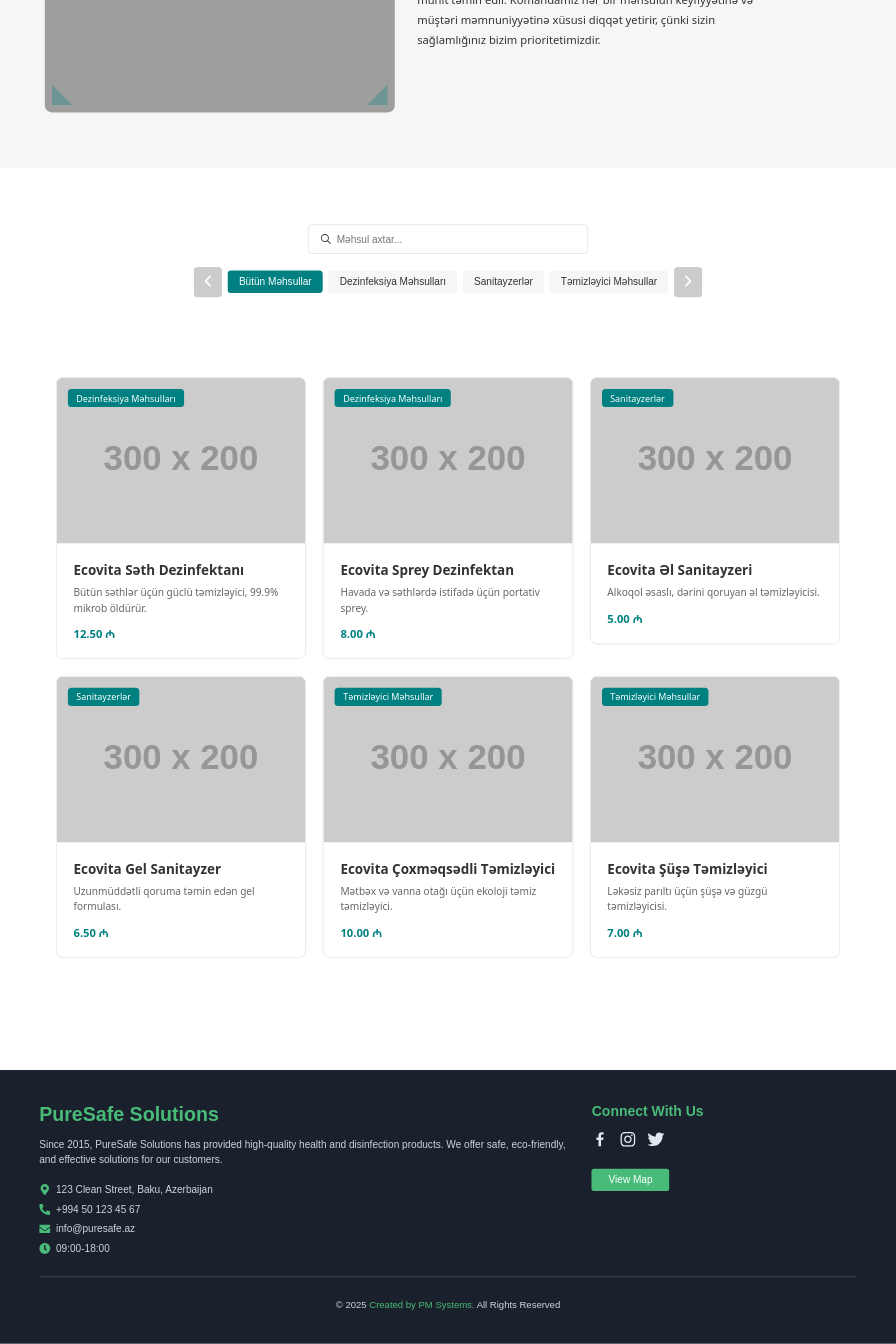
Repository: ferhadsultan98/ecovita
Page: /
These files come from the project's save history. The page is drawn as it stood at one moment and after the next save; the edit follows.
The browser window is 1280 px wide. The pictures show the part of the page from y = 1311 to 3231 px (the page is 3231 px tall), at 70% of full size.
Pictures or frames that could not be fetched are drawn as grey boxes. The project was rebuilt for these pictures with package versions that can differ from the ones it lists, and the page was loaded fresh each time. Also part of the build but not shown: vite.config.js.

Above is the page before, as saved 2025-05-02 11:25:32.

After the next save:
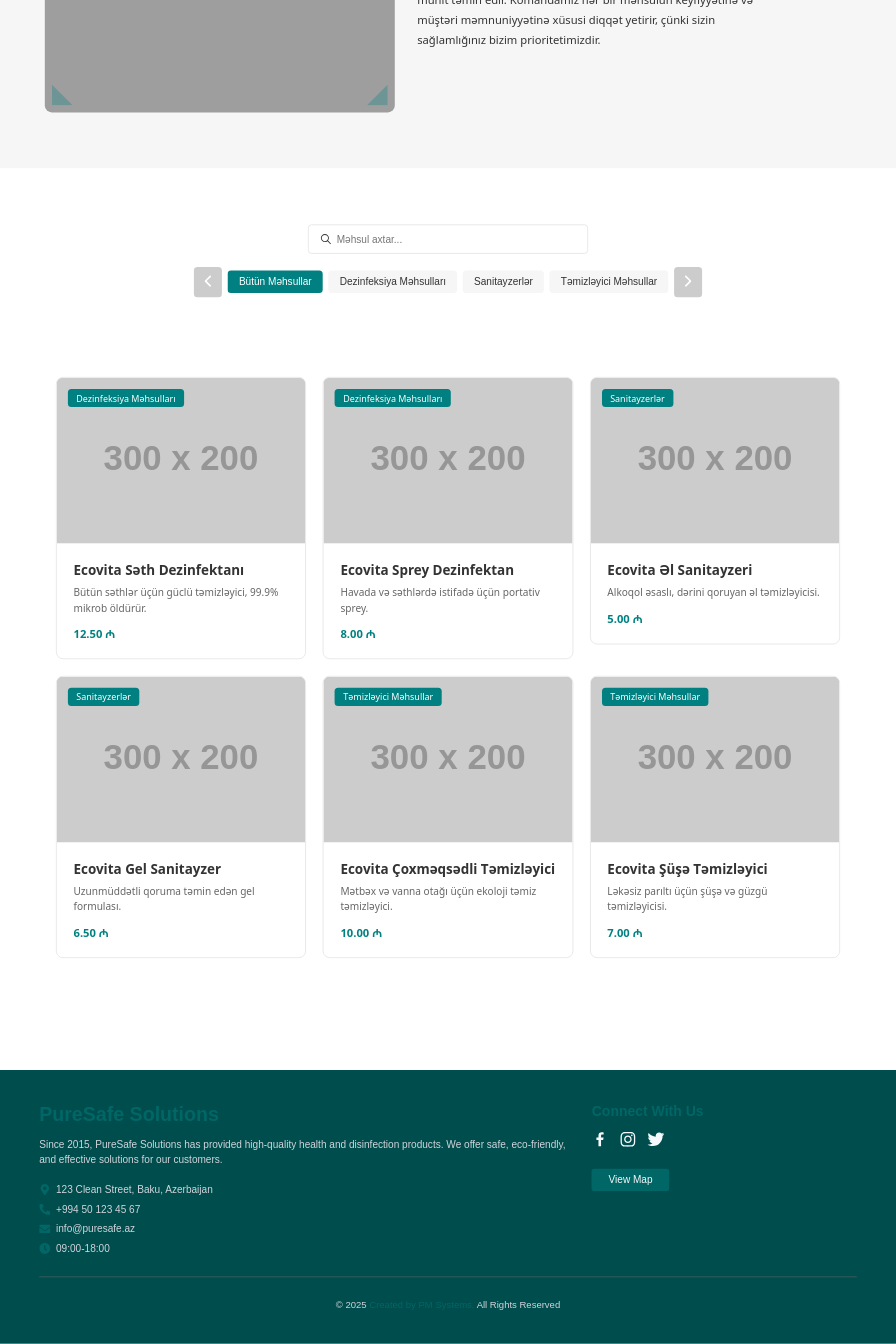
Saved 78 s later.
--- a/src/Components/Common/Footer/Footer.scss
+++ b/src/Components/Common/Footer/Footer.scss
@@ -1,6 +1,6 @@
 .footer {
-  background-color: #1a202c;
-  color: #e2e8f0;
+  background-color: #004d4d;
+  color: #f7fafc;
   padding: 3rem 0;
   font-family: Arial, sans-serif;
 
@@ -24,14 +24,14 @@
           .footerLogo {
             font-size: 1.75rem;
             font-weight: bold;
-            color: #48bb78;
+            color: #006666;
             margin-bottom: 1rem;
           }
 
           .footerDescription {
             font-size: 0.9rem;
             line-height: 1.5;
-            color: #cbd5e0;
+            color: #d1d5db;
             margin-bottom: 1.5rem;
           }
 
@@ -45,10 +45,10 @@
               align-items: center;
               gap: 0.5rem;
               font-size: 0.9rem;
-              color: #cbd5e0;
+              color: #d1d5db;
 
               svg {
-                color: #48bb78;
+                color: #006666;
                 font-size: 1rem;
               }
             }
@@ -59,7 +59,7 @@
           h4 {
             font-size: 1.25rem;
             font-weight: 600;
-            color: #48bb78;
+            color: #006666;
             margin-bottom: 1rem;
           }
 
@@ -69,12 +69,12 @@
             margin-bottom: 1.5rem;
 
             .socialIcon {
-              color: #e2e8f0;
+              color: #f7fafc;
               font-size: 1.5rem;
               transition: color 0.3s ease;
 
               &:hover {
-                color: #48bb78;
+                color: #006666;
               }
             }
           }
@@ -83,15 +83,15 @@
             .footerBtn {
               display: inline-block;
               padding: 0.5rem 1.5rem;
-              background-color: #48bb78;
-              color: #fff;
+              background-color: #006666;
+              color: #f7fafc;
               text-decoration: none;
               border-radius: 0.25rem;
               font-size: 0.9rem;
               transition: background-color 0.3s ease;
 
               &:hover {
-                background-color: #38a169;
+                background-color: #005555;
               }
             }
           }
@@ -100,23 +100,23 @@
 
       .footerDivider {
         height: 1px;
-        background-color: #4a5568;
+        background-color: #4b5e5e;
         margin: 2rem 0;
       }
 
       .footerBottom {
         .copyright {
           font-size: 0.85rem;
-          color: #cbd5e0;
+          color: #d1d5db;
           text-align: center;
 
           a {
-            color: #48bb78;
+            color: #006666;
             text-decoration: none;
             transition: color 0.3s ease;
 
             &:hover {
-              color: #38a169;
+              color: #005555;
             }
           }
         }
@@ -128,8 +128,8 @@
     position: fixed;
     bottom: 2rem;
     right: 2rem;
-    background-color: #48bb78;
-    color: #fff;
+    background-color: #006666;
+    color: #f7fafc;
     width: 2.5rem;
     height: 2.5rem;
     display: flex;
@@ -159,15 +159,15 @@
   @keyframes pulse {
     0% {
       transform: scale(1);
-      box-shadow: 0 0 0 0 rgba(72, 187, 120, 0.7);
+      box-shadow: 0 0 0 0 rgba(0, 102, 102, 0.7);
     }
     70% {
       transform: scale(1.05);
-      box-shadow: 0 0 0 10px rgba(72, 187, 120, 0);
+      box-shadow: 0 0 0 10px rgba(0, 102, 102, 0);
     }
     100% {
       transform: scale(1);
-      box-shadow: 0 0 0 0 rgba(72, 187, 120, 0);
+      box-shadow: 0 0 0 0 rgba(0, 102, 102, 0);
     }
   }
 }
